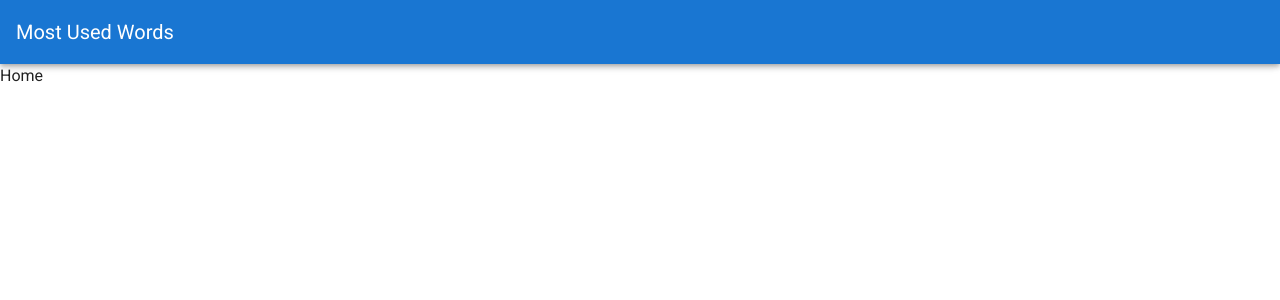
Repository: WillianPer/MOST-USED-WORDS
Page: /
The author's editor kept a copy of each file at every save. The page is drawn from the files as they stood at one save, then again after the next save.
The browser window is 1280 px wide. The pictures show the whole page.
The project was rebuilt for these pictures with package versions that can differ from the ones it lists, and the page was loaded fresh each time. Also part of the build but not shown: vue.config.js.

Above is the page before, as saved 2022-09-04 20:35:59.

### src/App.vue
<template>
  <v-app>
    <v-app-bar app color="primary" dark>
      <v-toolbar-title>Most Used Words</v-toolbar-title>
    </v-app-bar>

    <v-main>
      <HomeVue/>
    </v-main>
    <!-- <v-content>
      <HomeVue/>
    </v-content> -->
  </v-app>
</template>

<script>

import HomeVue from './components/HomeVue'


export default {
  name: "App",

  components: {

    HomeVue
},

  data: () => ({
    //
  }),
};
</script>

### src/components/HomeVue.vue
<template>
    <div>
        Home
    </div>
</template>

<script>
export default {
    data: function () {
        return {
            groupedWords: [
                {  },

            ]
        }
    }
}
</script>

<style>

</style>

### src/components/PillVue.vue
<template>
  <div>
    <span>{{ name }}</span>
    <span>{{ amount }}</span>
  </div>
</template>

<script>
export default {
    props: [ 'name', 'amount' ]
}
</script>

<style>

</style>

Loaded but not shown: public/index.html (common file); src/main.js (common file); src/plugins/vuetify.js (common file)

After the next save:
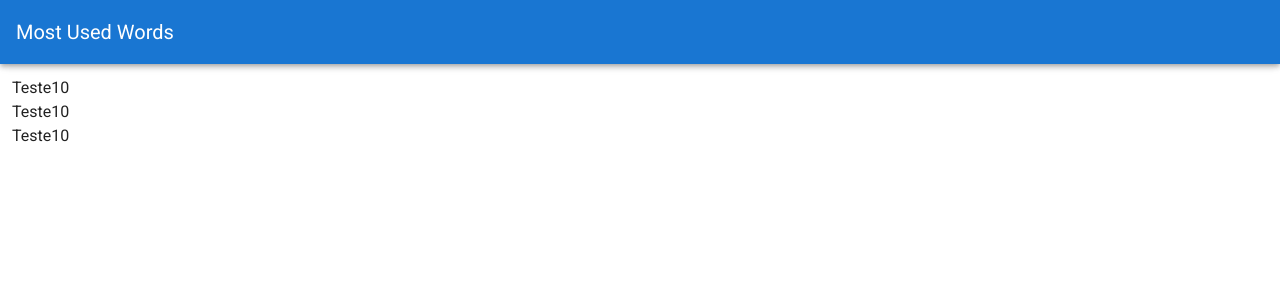
Saved 8 min 21 s later.
--- a/src/components/HomeVue.vue
+++ b/src/components/HomeVue.vue
@@ -1,15 +1,22 @@
 <template>
-    <div>
-        Home
-    </div>
+    <v-container fluid>
+        <div class="pills">
+            <PillVue v-for="word in groupedWords" :key="word.name"
+                name="Teste" :amount="10" />
+        </div>
+    </v-container>
 </template>
 
 <script>
+import PillVue from './PillVue.vue';
 export default {
+    components: { PillVue },
     data: function () {
         return {
             groupedWords: [
-                {  },
+                { name: "i", amount: 1234 },
+                { name: "you", amount: 900 },
+                { name: "he", amount: 853 },
 
             ]
         }
